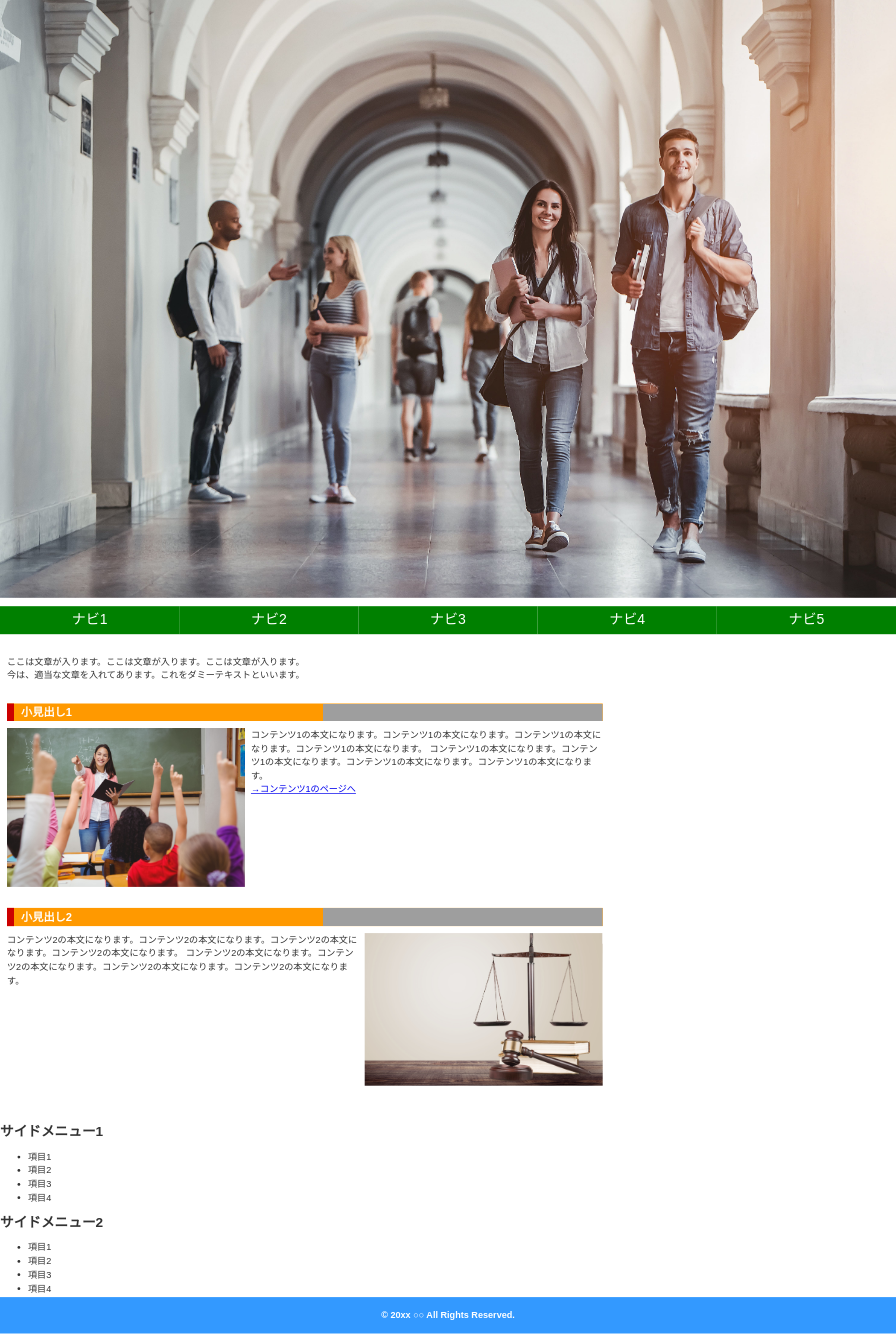
Repository: ryoji1228/samurai_HTML-CSS
Page: home.html
The author's editor kept a record of every edit. The page is drawn from the files as they stood at one moment, then again after the next edit.
The browser window is 1280 px wide. The pictures show the whole page, at 70% of full size.
Pictures or frames that could not be fetched are drawn as grey boxes.

Above is the page before.

After the next edit:
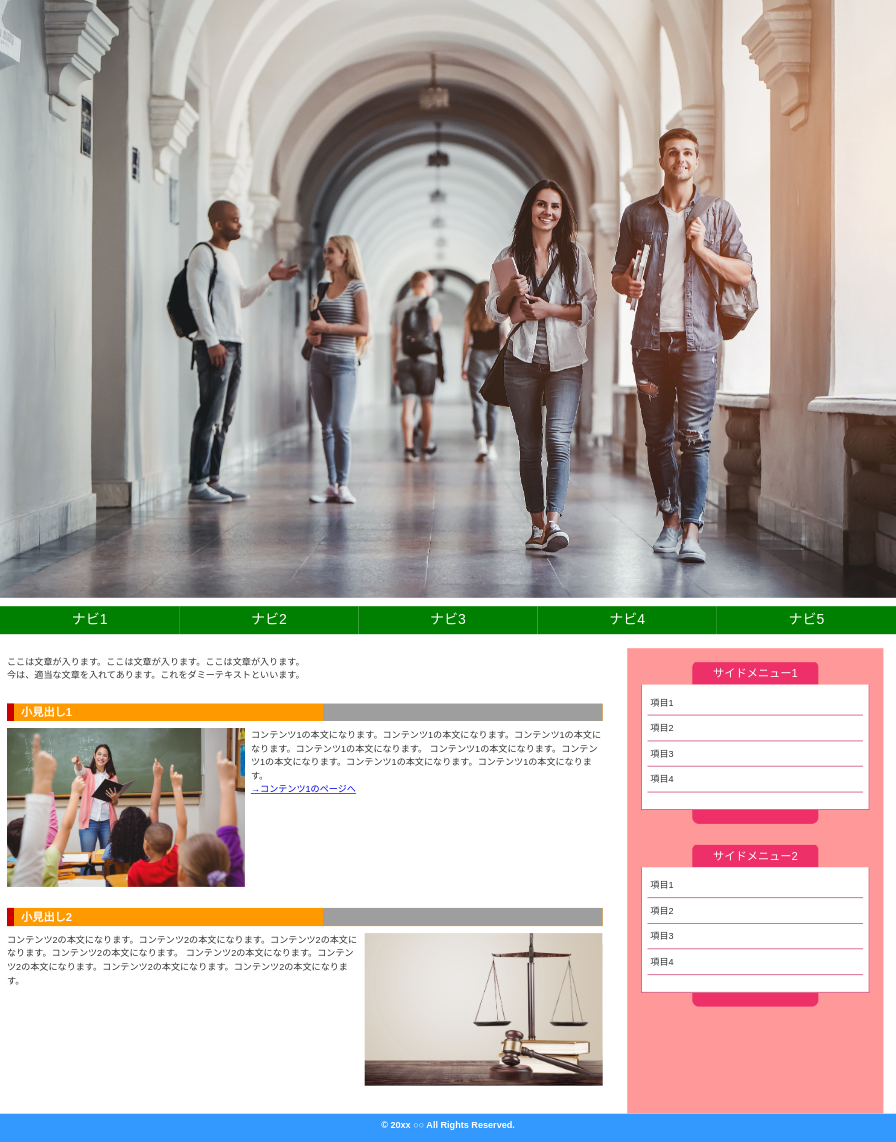
The edit:
--- a/home.html
+++ b/home.html
@@ -1,75 +1,76 @@
 <!DOCTYPE html>
 <html lang="ja">
-<head>
-    <meta charset="UTF-8">
-    <title>HTML/CSSの学習</title>
-    <link rel="stylesheet" href="stylesheet.css">
-</head>
-<body>
-    <div id="header">
-        <h1><a href="index.html"><img id="corridor" src="images/corridor.jpg" alt="大学の廊下" /></a></h1>
-    </div>
-    <div id="wrapper">
-        <div id="nav">
-            <ul>
-              <li><a href="home.html">ナビ1</a></li>
-              <li><a href="#">ナビ2</a></li>
-              <li><a href="#">ナビ3</a></li>
-              <li><a href="#">ナビ4</a></li>
-              <li><a href="#">ナビ5</a></li>
-            </ul>
+    <head>
+        <meta charset="UTF-8">
+        <title>HTML/CSSの学習</title>
+        <link rel="stylesheet" href="stylesheet.css">
+    </head>
+    <body>
+        <div id="header">
+            <h1><a href="index.html"><img id="corridor" src="images/corridor.jpg" alt="大学の廊下" /></a></h1>
         </div>
-        <div id="container">
-            <div id="main">
-                <div class="post">
-                    <p>ここは文章が入ります。ここは文章が入ります。ここは文章が入ります。<br />今は、適当な文章を入れてあります。これをダミーテキストといいます。</p>
+        <div id="wrapper">
+            <div id="nav">
+                <ul>
+                    <li><a href="home.html">ナビ1</a></li>
+                    <li><a href="#">ナビ2</a></li>
+                    <li><a href="#">ナビ3</a></li>
+                    <li><a href="#">ナビ4</a></li>
+                    <li><a href="#">ナビ5</a></li>
+                </ul>
+            </div>
+            <div id="container">
+                <div id="main">
+                    <div class="post">
+                        <p>ここは文章が入ります。ここは文章が入ります。ここは文章が入ります。<br />今は、適当な文章を入れてあります。これをダミーテキストといいます。</p>
+                    </div>
+                    <div class="post clearfix">
+                        <h2>小見出し1</h2>
+                        <img class="left" src="images/classroom.jpg" alt="授業風景" />
+                        <p>
+                            コンテンツ1の本文になります。コンテンツ1の本文になります。コンテンツ1の本文になります。コンテンツ1の本文になります。
+                            コンテンツ1の本文になります。コンテンツ1の本文になります。コンテンツ1の本文になります。コンテンツ1の本文になります。
+                        </p>
+                        <p><a href="#">→コンテンツ1のページへ</a></p>
+                    </div>
+                    <div class="post clearfix">
+                        <h2>小見出し2</h2>
+                        <img class="right" src="images/scale.jpg" alt="天秤" />
+                        <p>
+                            コンテンツ2の本文になります。コンテンツ2の本文になります。コンテンツ2の本文になります。コンテンツ2の本文になります。
+                            コンテンツ2の本文になります。コンテンツ2の本文になります。コンテンツ2の本文になります。コンテンツ2の本文になります。
+                        </p>
+                    </div>
                 </div>
-                <div class="post clearfix">
-                    <h2>小見出し1</h2>
-                    <img  class="left" src="images/classroom.jpg" alt="授業風景" />
-                    <p>
-                           コンテンツ1の本文になります。コンテンツ1の本文になります。コンテンツ1の本文になります。コンテンツ1の本文になります。
-                           コンテンツ1の本文になります。コンテンツ1の本文になります。コンテンツ1の本文になります。コンテンツ1の本文になります。
-                    </p>
-                    <p><a href="#">→コンテンツ1のページへ</a></p>
-                </div>
-                <div class="post clearfix">
-                    <h2>小見出し2</h2>
-                    <img class="right" src="images/scale.jpg" alt="天秤" />
-                    <p>
-                        コンテンツ2の本文になります。コンテンツ2の本文になります。コンテンツ2の本文になります。コンテンツ2の本文になります。
-                        コンテンツ2の本文になります。コンテンツ2の本文になります。コンテンツ2の本文になります。コンテンツ2の本文になります。
-                    </p>
+                <div id="side">
+                    <div class="box">
+                        <h2>サイドメニュー1</h2>
+                        <div class="boxBody">
+                            <ul>
+                                <li>項目1</li>
+                                <li>項目2</li>
+                                <li>項目3</li>
+                                <li>項目4</li>
+                            </ul>
+                        </div>
+                    </div>
+                    <div class="box">
+                        <h2>サイドメニュー2</h2>
+                        <div class="boxBody">
+                            <ul>
+                                <li>項目1</li>
+                                <li>項目2</li>
+                                <li>項目3</li>
+                                <li>項目4</li>
+                            </ul>
+                        </div>
+                    </div>
                 </div>
             </div>
+
         </div>
-        <div class="side">
-            <div class="box">
-                <h2>サイドメニュー1</h2>
-                <div class="boxBody">
-                    <ul>
-                        <li>項目1</li>
-                        <li>項目2</li>
-                        <li>項目3</li>
-                        <li>項目4</li>
-                    </ul>
-                </div>
-            </div>
-            <div class="box">
-                <h2>サイドメニュー2</h2>
-                <div class="boxBody">
-                    <ul>
-                        <li>項目1</li>
-                        <li>項目2</li>
-                        <li>項目3</li>
-                        <li>項目4</li>
-                    </ul>
-                </div>
-            </div>
+        <div id="footer">
+            <p>&copy; 20xx ○○ All Rights Reserved.</p>
         </div>
-    </div>
-    <div id="footer">
-        <p>&copy; 20xx ○○ All Rights Reserved.</p>
-    </div>
-</body>
+    </body>
 </html>
